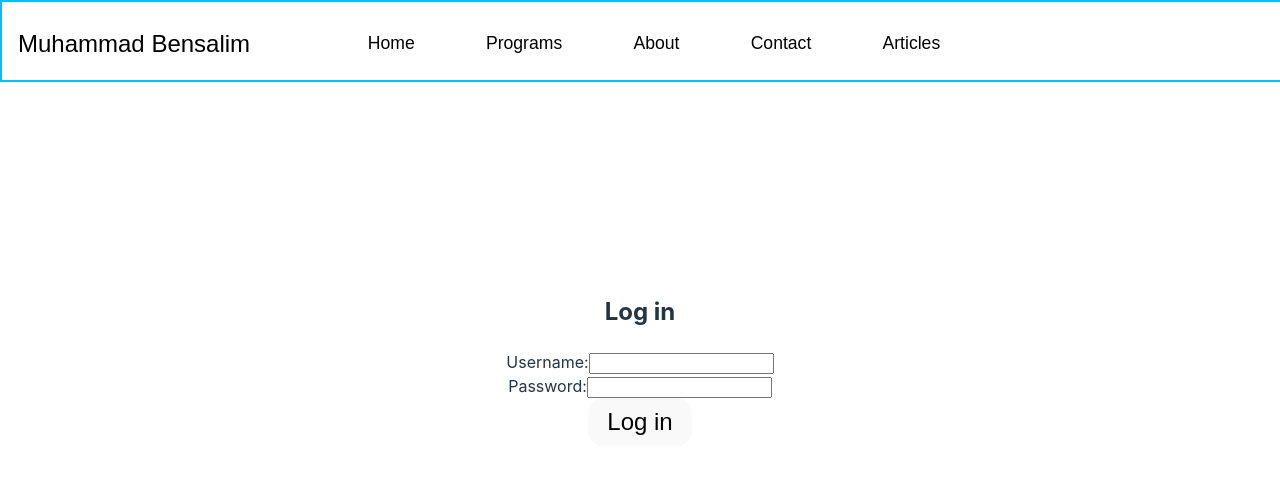
Repository: TMuse333/fitness_templates
Page: /progress
An editor plug-in stored every save of this project. The page is shown before and after the next save, followed by the edit.
The browser window is 1280 px wide. The pictures show the whole page.
The project was rebuilt for these pictures with package versions that can differ from the ones it lists, and the page was loaded fresh each time. Also part of the build but not shown: vite.config.js, src/components/herobanner/herobanner.css, src/components/herobanner/herobanner.jsx, src/components/about/about.css, src/components/about/about.jsx, src/components/serviceOffering/serviceOffering.css, src/components/serviceOffering/serviceOffering.jsx, src/data/data.js and 33 more. Imported but missing from the stored project, and not drawn on this page: src/media/best_dunk.mp4.

Above is the page before, as saved 2024-03-09 19:21:41.

### src/main.jsx
import './index.css'
import * as React from 'react';
import { StrictMode } from 'react';
import { createRoot } from 'react-dom/client';
import { BrowserRouter } from 'react-router-dom';

import App from './App';

const rootElement = document.getElementById('root');
const root = createRoot(rootElement);

root.render(
  <StrictMode>
    <BrowserRouter>
      <App />
    </BrowserRouter>
  </StrictMode>
);

### src/index.css
:root {
  font-family: Inter, system-ui, Avenir, Helvetica, Arial, sans-serif;
  line-height: 1.5;
  font-weight: 400;

  color-scheme: light dark;
  color: rgba(255, 255, 255, 0.87);
  background-color: #242424;

  font-synthesis: none;
  text-rendering: optimizeLegibility;
  -webkit-font-smoothing: antialiased;
  -moz-osx-font-smoothing: grayscale;
}

a {
  font-weight: 500;

  text-decoration: inherit;
}
a:hover {

}

body {
  margin: 0;
  display: flex;
  place-items: center;
  min-width: 320px;
  min-height: 100vh;
}

h1 {
  font-size: 3.2em;
  line-height: 1.1;
}

button {
/* border: none;
  padding: 0.6em 1.2em;
  font-size: 1em;
  font-weight: 500;
  font-family: inherit;

  cursor: pointer;
  transition: border-color 0.25s;
  transition: all 0.3s ease-in; */
  background-color: #00bfff;

  font-size: 1.5rem;
  border-radius: 1rem;
  padding: 0.6rem 1.2rem;
  font-weight: 500;
  border: none;
  margin: 0 auto;
}
button:hover {
  /* transform: scale(1.3); */

}
button:focus,
button:focus-visible {
  outline: 4px auto -webkit-focus-ring-color;
}

@media (prefers-color-scheme: light) {
  :root {
    color: #213547;
    background-color: #ffffff;
  }
  a:hover {
    color: #747bff;
  }
  button {
    background-color: #f9f9f9;
  }
}

### src/App.jsx
import { useState } from 'react'

import './App.css'
import Homepage from '../pages/homepage'
import Program from '../pages/program';
import { BrowserRouter as Router, Route, Routes } from 'react-router-dom';
import Contact from '../pages/contact';
import About from '../pages/about';
import Articles from '../pages/articles';
import Progress from '../pages/progress';


function App() {
  const [count, setCount] = useState(0)

  return (
    <>
    <Routes>
      <Route path='/'
        element={<Homepage/>}
        />
        <Route path='programs'
        element={<Program/>}
        />
        <Route path='contact'
        element={<Contact/>}
        />
        <Route path='about'
        element={<About/>}
        />
        <Route path='articles'
        element={<Articles/>}
        />
        <Route path='progress'
        element={<Progress/>}
        />
    </Routes>

    </>
  )
}

export default App

### src/App.css
#root {
  max-width: 1280px;
  margin: 0 auto;
  padding: 2rem;
  text-align: center;
}

.logo {
  height: 6em;
  padding: 1.5em;
  will-change: filter;
  transition: filter 300ms;
}
.logo:hover {
  filter: drop-shadow(0 0 2em #646cffaa);
}
.logo.react:hover {
  filter: drop-shadow(0 0 2em #61dafbaa);
}

.homepage{
  position: absolute;
  left:0;
  top:0;
  overflow-x: hidden;
  background: radial-gradient(circle at center, rgba(1, 181, 241, 0.7), rgba(24, 60, 84, 0.7));
}

.program-container, .personal-container, .articles-container{
  position: absolute;
  top:0;
  left:0;
  overflow-x: hidden;
}

.program-video{
  background-color: red;
}

.questions-list{
  margin-bottom: 3rem;
}



@keyframes logo-spin {
  from {
    transform: rotate(0deg);
  }
  to {
    transform: rotate(360deg);
  }
}

@media (prefers-reduced-motion: no-preference) {
  a:nth-of-type(2) .logo {
    animation: logo-spin infinite 20s linear;
  }
}

.card {
  padding: 2em;
}

.read-the-docs {
  color: #888;
}

### pages/progress.jsx
import React from "react";
import Navbar from "../src/components/navbar/navbar";
import Login from "../src/components/login/Login";



const Progress = () => {

    const links = [
        {
            dest:'/',
            name:'Home'
          },
        {
            dest:'programs',
            name:'Programs'
        },
        {
            dest:'about',
            name:'About'
        },
        {
            dest:'contact',
            name:'Contact'
        },
        {
            dest:'articles',
            name:"Articles"
        },

    ]

    return (<>
<Navbar links={links}
/>
       <Login/>
        </>

    )
}


export default Progress

### src/components/navbar/navbar.jsx
import React, { useState,useEffect } from 'react';
// import { FaArrowLeft, FaArrowRight } from 'react-icons/fa';
import { Link } from 'react-router-dom';
import './navbar.css'

import nobg from '../../media/quantum-striker-pose.png'





const Navbar = ({links,id}) => {
  const [subMenuVisible, setSubMenuVisible] = useState(false);
  const [isMobile, setIsMobile] = useState(true)
  const [hovered, setHovered] = useState(false)
  const [navHovered, setNavHovered] = useState(null)

  const handleMouseEnter = () => {
    setHovered(true)
  }

  const handleMouseLeave = () => {
    setHovered(false)
  }

  const handleNavEnter = (index) => {
    setNavHovered(index);
  };

  const handleNavLeave = () => {
    setNavHovered(null);
  };

  const toggleSubMenu = () => {

    setSubMenuVisible(!subMenuVisible);
  };


  useEffect(() => {
    // Function to update sub-menu visibility when the screen width changes
    const handleResize = () => {
      const screenWidth = window.innerWidth;
      setIsMobile(!(screenWidth >= 865)); // Set subMenuVisible to true if screen width is at least 415 pixels
    };

    // Add a resize event listener to update the sub-menu visibility
    window.addEventListener('resize', handleResize);

    // Initial call to set sub-menu visibility based on current screen width
    handleResize();

    // Clean up the event listener when the component unmounts
    return () => {
      window.removeEventListener('resize', handleResize);
    };
  }, []);

  const style = {
height: isMobile && !subMenuVisible ? '0px' :  isMobile ? '190px' : 'auto',
overflowY:'hidden',
width: isMobile ?'80px':'auto',
backgroundImage: isMobile ? 'linear-gradient(to right, #00bfff, #4db8ff, #64bcff, #00bfff)' : null,
transition: isMobile? 'height 0.3s ease-in,padding 0.3s ease-in' : null,
marginTop: isMobile ? '1rem' : null,
borderRadius:'10px',
paddingTop:subMenuVisible ?'1rem' : '0'



  };

  const navStyle = (index) => {

    return{
      backgroundColor: navHovered === index? '#00bfff' : null,
      padding:'0 0.55rem 0 0.55rem',
      borderRadius:'7px',
      // color:navHovered === index? '#6c5933' : null,
    }
  }

  const logoStyle = {
    transform: hovered || subMenuVisible? 'scale(1.3)' : 'scale(1)',
    width:'50px',
    transition:'all ease-in 0.3s',
    backgroundColor:'transparent',
    marginTop:'-1rem'
  }

  return (

    <div className='navbar-container'
    id={id}>
    <p
          className='big-logo'
          style={logoStyle}
          />
    <div className='navbar-logo'>

   <Link to='/'
   className='home-nav'>


        <p className='navbar-logo'
      >Muhammad Bensalim</p>
       </Link>

      </div>




      <div className='list-container'>
        <button onClick={toggleSubMenu}

        className='mini-logo'

        >



       <img style={logoStyle}
       onMouseEnter={handleMouseEnter}
       onMouseLeave={handleMouseLeave}
       src={nobg}

 />
        </button>
        <ul
        className='nav-list'
        style={style}

         >

          {links.map((link,index) => (
            <Link to={link.dest}
            key={index}
            className='nav-link'>
                <li
                onMouseEnter={()=>handleNavEnter(index)}
                onMouseLeave={()=>handleNavLeave()}
                style={navStyle(index)}>
                  {link.name}
                </li>
            </Link>
          ))}

        </ul>
      </div>




       </div>

  );
};

export default Navbar;

### src/components/login/Login.jsx
import React from "react";

const Login = () => {
  return (
    <>
      <div className="login-container">
        <h2>Log in</h2>
        <div className="login-box">
          <form>
            <div className="form-group">
              <label htmlFor="username">Username:</label>
              <input type="text" id="username" name="username" />
            </div>

            <div className="form-group">
              <label htmlFor="password">Password:</label>
              <input type="password" id="password" name="password" />
            </div>

            <button type="submit">Log in</button>
          </form>
        </div>
      </div>
    </>
  );
};

export default Login;

### src/components/navbar/navbar.css
/* Add this to your navbar.css file */

.navbar-container{


    position: fixed;
     width: 100vw;

     top: 0px;
     left:0px;
     background:rgba(255, 255, 255, 0.7) ;

     height: 70px;
     z-index: 30;
  padding-top: 0.5rem;
  border-bottom: 2px solid #333;

    border: 2px solid #00bfff;

   }

   #overview-nav{
    background: radial-gradient(circle at center, rgba(0, 153, 205, 0.7), rgba(48, 115, 160, 0.9));
   }

   .big-logo{
     display: none;
   }

   .list-container {
    color:white;
    transform: translateY(-2.5rem);
    width:min-content;
    margin-left: auto;
    /* background-color: #BE9F5B; */
    margin-right: 2rem;
  /* background: linear-gradient(to right, #6c5933, #be9f5b, #6c5933);; */



   }

   .nav-list{
     /* margin-right: 2rem; */
     width: 50px;
     align-items: center;
     display:flex;
     flex-direction: column;
     margin-right: -1.5rem;
     color:black;
     /* background-color: #BE9F5B;
     background: linear-gradient(to right, #6c5933, #be9f5b, #6c5933); */
   }

   .home-nav{
    text-decoration: none;
   }

   .list-container li{
     list-style-type: none;
     /* transform: translateX(-25%); */
     padding:10px;
     color:black;
     font-weight: 500;
     transform: translateX(-1rem);
     font-family: 'Palatino Sans', 'Palatino Sans Informal', 'Palatino Sans Text', 'Palatino Sans W1G', 'Palatino Sans W01', sans-serif;
    text-decoration: none;
    margin-top: 0.5rem;
    margin-bottom: 1rem;
    /* color:white; */



     /* margin-top: -2rem; */

   }

   .list-container li a {
    text-decoration: none;
    color:white;
   }

   .mini-logo {
     display: flex;
     justify-content: center;
     align-items: center;
     margin-top: -1rem;
     height: 2.5rem;
     width: 2rem; /* Set the width and height to make it a perfect circle */
     padding: 0; /* Remove padding */
     border-radius: 50%; /* Make it circular */
     margin-left: auto;

     /* margin-right: auto; */
     background-color: transparent;
     border-color: transparent;



   }

   .navbar-logo{
     color:black;
     text-align: left;
     margin-left: 0.5rem;
     font-family: 'Abhaya Libre', sans-serif;
     font-size: 1.3rem;
     margin-top: 1.3rem;
     /* background-color: #BE9F5B; */
     /* background-image: url(src/media/SAINEY-MEDIA.png); */

   }

   .nav-button::before,
   .nav-button::after {
     content: '';
     position: absolute;
     background-color: #d15959; /* Set the color of the lines */
     height: 2px; /* Set the height of the lines */
     width: 10%; /* Set the width of the lines */
   }

   .nav-button::before {
     top: 5%;
   }

   .nav-button::after {
     top: 8%;
   }

  .nav-link{
  text-decoration: none;
  color:white;
  }

  @media screen and (min-width:400px){
    .mini-logo{
      margin-right: 1.5rem;
    }
  }



   @media screen and (min-width: 865px)  {
     .nav-list {
       display: flex;
       width:max-content;
       flex-direction: row;
       justify-content: space-between;
       padding:0 5px 0 5px;
       margin-top: -0.8rem;
       height:100%;
       /* transform: translateX(1rem); */
       /* background-color: rgb(38, 37, 79); */
       /* background-color: #d15959; */




       /* background-color: ; */
     }

     /* .navbar-container{
      width:98vw;
     } */

     .list-container{
      width:45vw;
      margin-top: -1.5rem;
     }

     .list-container li{
      font-size: 1.1rem;
      font-weight: 400;
     }



     .nav-button{
       /* display: none; */
     }

     .list-container li{
       transform: translateX(0rem);
       white-space: nowrap;
       padding:0;
     }

     .list-container{

       margin-left: auto;
       margin-right: auto;
     }

     .mini-logo{
       display: none;
     }

     .navbar-logo{
      font-size: 1.5rem;
      margin-top: 1rem;
     }

     .big-logo{
       position: absolute;
       right:2rem;
       display: flex;
       top:1rem;
     }

     /* .navbar-logo{
       display: none;
     } */
   }

### src/components/login/login.css
.login-box{
    background-color: #00bfff;
}

Loaded but not shown: index.html (common file)

After the next save:
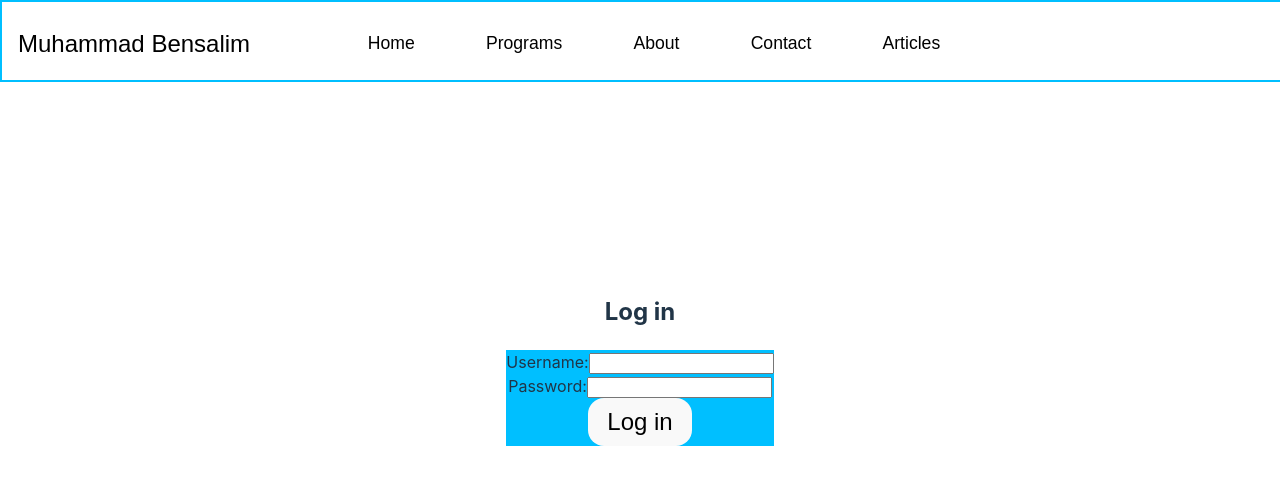
Saved 21 s later.
--- a/src/components/login/Login.jsx
+++ b/src/components/login/Login.jsx
@@ -1,5 +1,5 @@
 import React from "react";
-
+import './login.css'
 const Login = () => {
   return (
     <>
